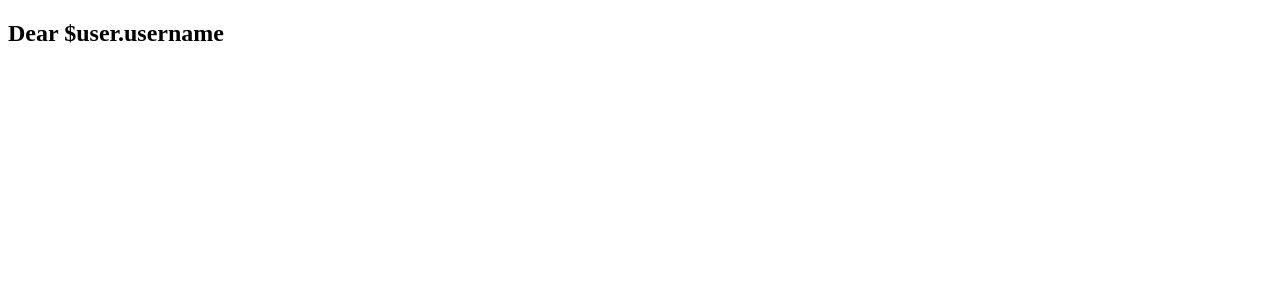
Repository: i-am-enlightened/Spring
Page: http://localhost/LoginSpringApp/Sucsess.jsp
An editor plug-in stored every save of this project. The page is shown before and after the next save, followed by the edit.
The browser window is 1280 px wide. The pictures show the whole page.
The page is served by Tomcat 9.

Above is the page before, as saved 2019-07-31 13:17:48.

After the next save:
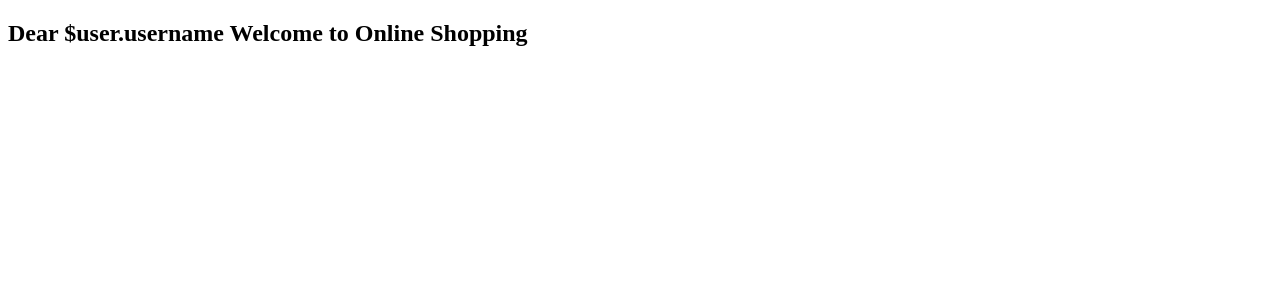
Saved 29 s later.
--- a/LoginSpringApp/WebContent/Sucsess.jsp
+++ b/LoginSpringApp/WebContent/Sucsess.jsp
@@ -7,6 +7,8 @@
 <title>Insert title here</title>
 </head>
 <body>
-	<h2> Dear $user.username </h2>
+	<h2> Dear $user.username
+			Welcome to Online Shopping
+	 </h2>
 </body>
 </html>
